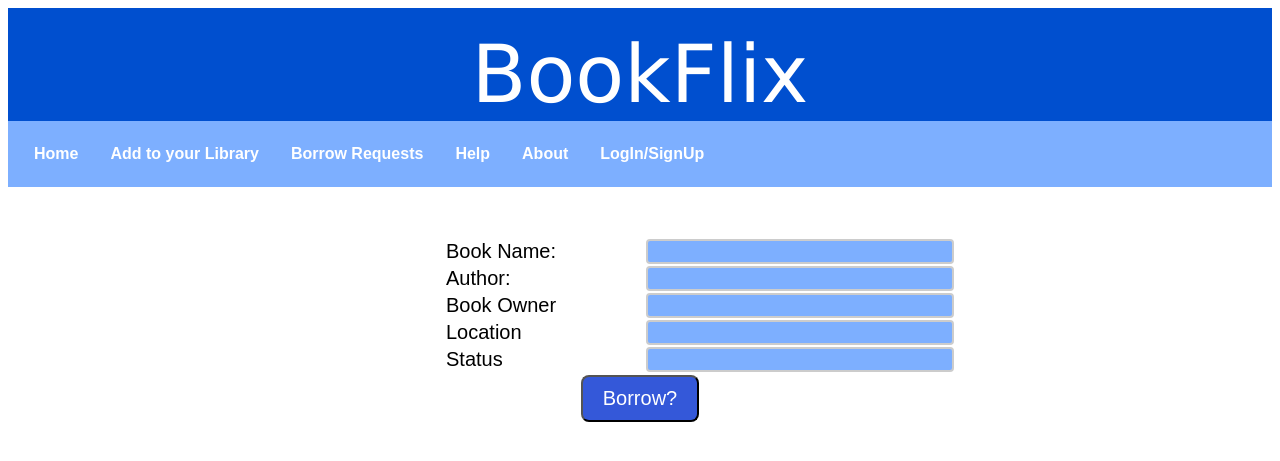
Repository: dan-10/Deloitte
Page: http://localhost/BookFlix/WEB-INF/views/status.jsp
An editor plug-in stored every save of this project. The page is shown before and after the next save, followed by the edit.
The browser window is 1280 px wide. The pictures show the whole page.
The page is served by Tomcat 9. Nobody is signed in. The template is opened directly, without the code that normally fills it, so the values that code supplies are empty.

Above is the page before, as saved 2019-08-09 05:00:46.

After the next save:
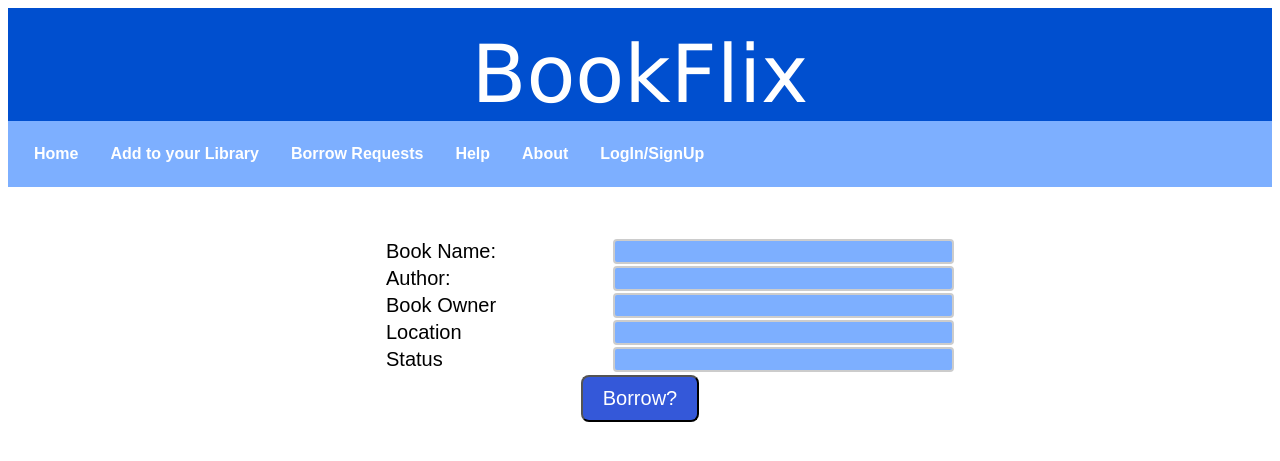
Saved 27 s later.
--- a/DeloitteTrainig/Final Project BookFlix/BookFlix/src/main/webapp/WEB-INF/views/styles/statusForm.css
+++ b/DeloitteTrainig/Final Project BookFlix/BookFlix/src/main/webapp/WEB-INF/views/styles/statusForm.css
@@ -28,7 +28,7 @@
 .td1{
 
 	width: 20%;
-	padding-left: 120px;
+	padding-left: 60px;
 
 }
 
